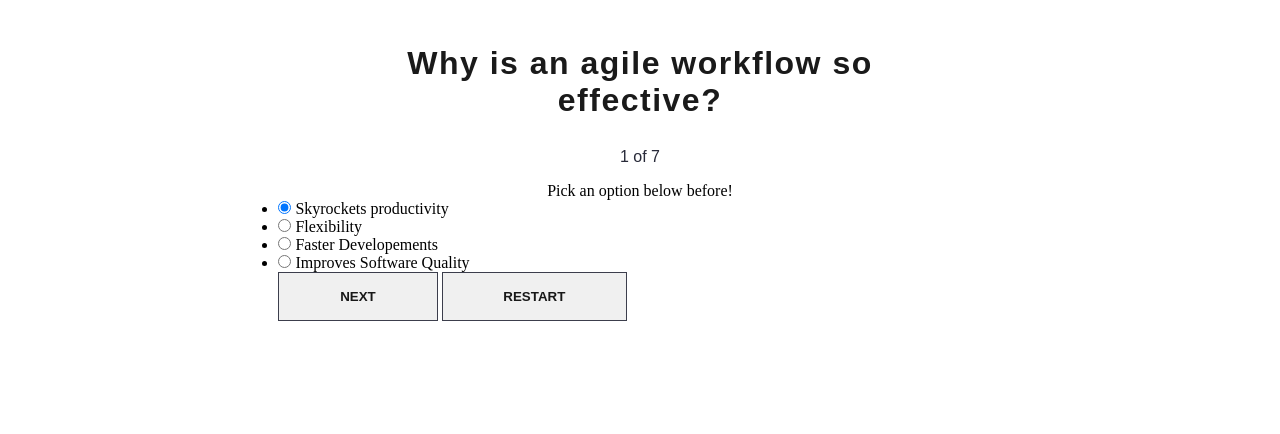
Repository: mukiSabljakovic/Quiz-APP
Page: index.html
The author's editor kept a copy of each file at every save. The page is drawn from the files as they stood at one save, then again after the next save.
The browser window is 1280 px wide. The pictures show the whole page.
Some web fonts or font styles are not loaded; a fallback is used.

Above is the page before, as saved 2020-05-01 11:53:34.

### index.html
<!DOCTYPE html>
<html lang="en">
<head>
    <meta charset="UTF-8">
    <meta name="viewport" content="width=device-width, initial-scale=1.0">
    <title>Quiz</title>
    <link rel="stylesheet" href="css/style.css">
</head>
<body>
    <div class="app">
        <div class="container">
            <div class="jabquiz">

                <div class="jabquiz__question-box">
                    <h1 class="jabquiz__question">Why is an agile workflow so effective?</h1>
                    <p class="jabquiz__tracker">1 of 7</p>
                    <div class="progress">
                        <div class="progress__inner">

                        </div>
                    </div>
                    <p class="jabquiz__tagline">Pick an option below before!</p>
                </div>



                <div class="jabquiz__choices-box">
                    <ul class="jabquiz__choices">
                        <!-- dynamically with js -->
                        <li class="jabquiz__choice">
                            <input type="radio" name="choice" id="choice0" class="jabquiz__input" checked>
                            <label for="choice0" class="jabquiz__label">
                                <i></i>
                                Skyrockets productivity
                            </label>
                        </li>
                        <li class="jabquiz__choice">
                            <input type="radio" name="choice" id="choice0" class="jabquiz__input">
                            <label for="choice0" class="jabquiz__label">
                                <i></i>
                                Flexibility
                            </label>
                        </li>
                        <li class="jabquiz__choice">
                            <input type="radio" name="choice" id="choice0" class="jabquiz__input" >
                            <label for="choice0" class="jabquiz__label">
                                <i></i>
                                Faster Developements
                            </label>
                        </li>
                        <li class="jabquiz__choice">
                            <input type="radio" name="choice" id="choice0" class="jabquiz__input" >
                            <label for="choice0" class="jabquiz__label">
                                <i></i>
                                Improves Software Quality
                            </label>
                        </li>
                    </ul>
                </div>



                <div class="jabquiz__footer">
                    <button class="button button--bordered next">Next</button>
                    <button class="button button--bordered restart">Restart</button>
                </div>



            </div>
        </div>
    </div>
</body>
</html>

### css/style.css
@import url("https://fonts-googleapis.com/css?family=Raleway|PT+Serif:700");


:root {
    --main-font-color: #1a1a1a;
    --main-bg-color: white;
    --main-theme-color: rgb(243, 168, 47);
    --light-white: #f5f5f5;
    --light-gray: #ccc;
    --light-black: #282a39;
    --container-width: 768px;
    --font-body-stack: Raleway, Charcoal, sans-serif;
    --font-heading-stack: "PT Serif", sans-serif;

}

* {
 padding: 0;
 margin: 0;
 box-sizing: border-box;
}

.container {
    max-width: var(--container-width);
    margin-right: auto;
    margin-left: auto;
}

.button {
    padding: 1rem 3.8rem;
    text-transform: uppercase;
    border: 1px solid #eee;
    outline: 0;
    opacity: .9;
    font-weight: bold;
    transition: .3s all ease;
}

.button:hover {
    opacity: 1;
    background: var(--light-black);
    color: white;
}

.button.button--bordered {
    border: 1px solid var(--light-black);
}

.jabquiz {
    padding: 2rem 1.4rem;
}

.jabquiz__question-box {
    text-align: center;
}

.jabquiz__question {
    font-family: var(--font-heading-stack);
    font-weight: bold;
    letter-spacing: 1.5px;
    padding: 0.8rem 4rem;
    color: var(--main-font-color);
}

.jabquiz__tracker {
    font-family: var(--font-body-stack);
    color: var(--light-black);
    padding: 1rem;
}

After the next save:
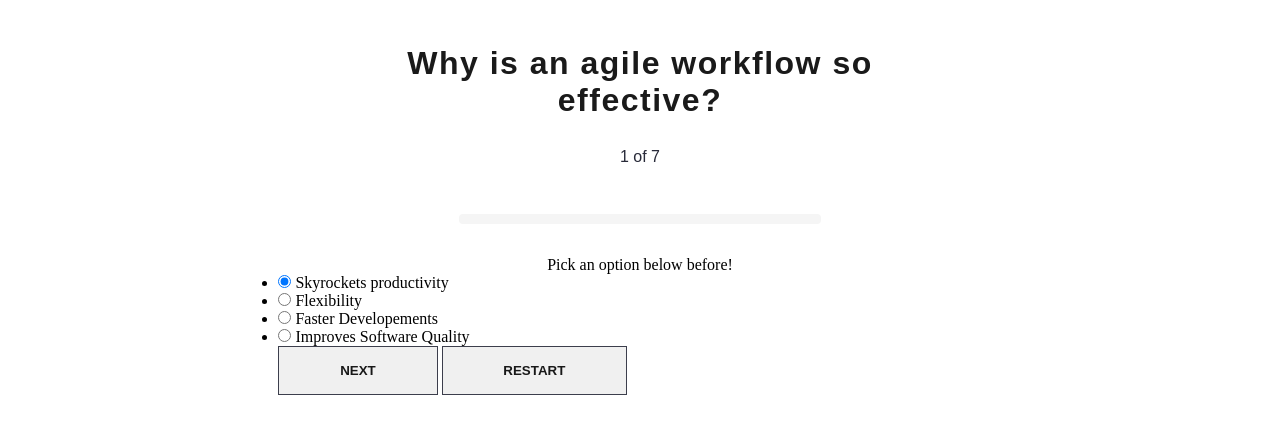
Saved 69 s later.
--- a/css/style.css
+++ b/css/style.css
@@ -67,3 +67,17 @@
     color: var(--light-black);
     padding: 1rem;
 }
+
+.progress {
+    border-radius: 4px;
+    margin: 2rem auto;
+    width: 50%;
+    background-color: var(--light-white);
+}
+
+.progress__inner {
+    height: 10px;
+    width: 0%;
+    background-color: var(--main-theme-color);
+
+}
